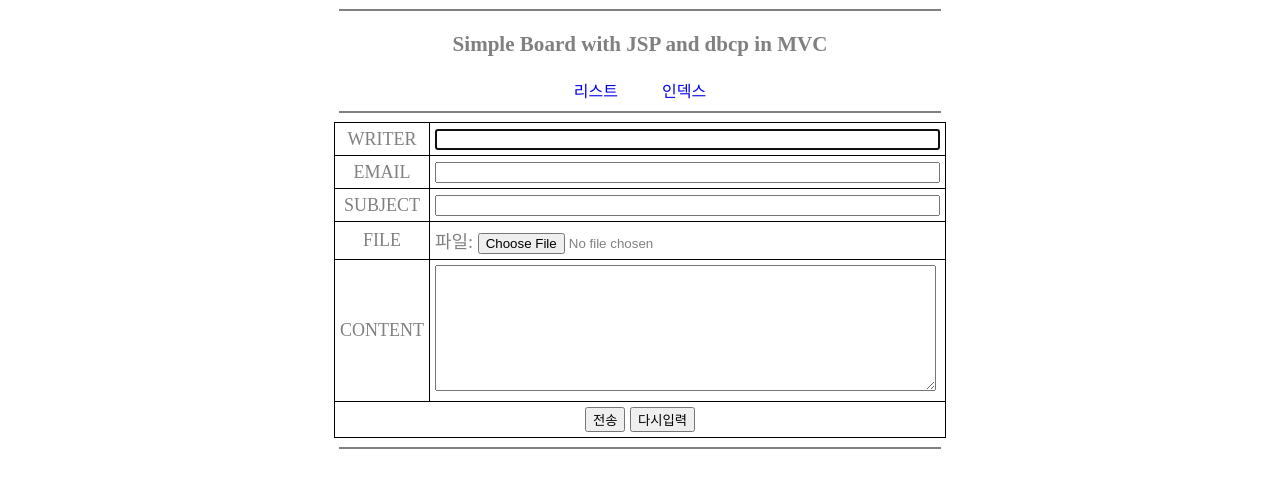
Repository: betweenhj702/Web-App-Server-Practices
Page: http://localhost/MvcPj/sm/write_jsp.jsp
These files come from the project's save history. The page is drawn as it stood at one moment and after the next save; the edit follows.
The browser window is 1280 px wide. The pictures show the whole page.
The page is served by Tomcat 9. Other server files are loaded and not shown.

Above is the page before, as saved 2021-01-06 13:01:49.

### workspace/MvcPj/WebContent/sm/write_jsp.jsp
<%@page contentType="text/html;charset=utf-8"%>
<!DOCTYPE html>
<html>
  <head>
    <meta charset="utf-8">
    <title>Simple Board with JSP and dbcp in MVC</title>
    <style>
		table, th, td {
		   border: 1px solid black;
		   border-collapse: collapse;
		}
		th, td {
		   padding: 5px;
		}
		a { text-decoration:none }
	</style>
	<script src="../js/check.js"></script>
	<script language="javascript">
	   function check()
	   {
	       for(var i=0; i<document.input.elements.length; i++)
		   {
		      var inputElem = document.input.elements[i]
			  if(inputElem.value == "")
			  {
			     alert("모든 값을 입력 하셔야 합니다. ");
				 return false;
			  }
		   }
			var writerval = input.writer.value;
			writerval = trim(writerval);
			pass = checkByteLen(writerval, 21);
			if(!pass){
				alert("이름 7자이하");
				input.writer.focus();
				return false;
			}
			var emailval = input.email.value;
			emailval = trim(emailval);
			pass = checkByteLen(emailval, 30);
			if(!pass){
				alert("이메일 10자이하");
				input.email.focus();
				return false;
			}
			var subjectval = input.subject.value;
			subjectval = trim(subjectval);
			pass = checkByteLen(subjectval, 30);
			if(!pass){
				alert("제목 10자이하");
				input.subject.focus();
				return false;
			}
			var contentval = input.content.value;
			contentval = trim(contentval);
			pass = checkByteLen(contentval, 600);
			if(!pass){
				alert("글 200자이하");
				input.writer.focus();
				return false;
			}
		   document.input.submit();
       }
	</script>
  </head>
  <body onload="input.writer.focus()">
	<font color="gray" size='4' face="휴먼편지체">
    <center>
	   <hr width="600" size='2' color="gray" noshade>
	      <h3> Simple Board with JSP and dbcp in MVC</h3>
		  	<font color="gray" size="3" face="휴먼편지체">
			<a href='sm.do'>리스트</a>
			&nbsp;&nbsp;&nbsp;&nbsp;&nbsp;&nbsp;&nbsp;&nbsp;&nbsp;
			<a href='../'>인덱스</a>
			</font>
	   <hr width="600" size="2" color="gray" noshade>
	</center>

	<form name="input" method="post" action="sm.do?m=insert">
	   <table border="0" width="600" align="center"  cellpadding="3" cellspacing="1" bordercolor="gray">
	      <tr>
		     <td width="30%" align="center">WRITER</td>
			 <td><input type="text" name="writer" size="60"></td>
		  </tr>
		  <tr>
		     <td align="center">EMAIL</td>
			 <td><input type="text" name="email" size="60"></td>
		  </tr>
          <tr>
		     <td align="center">SUBJECT</td>
			 <td><input type="text" name="subject" size="60"></td>
		  </tr>
		   <tr>
		     <td align="center">FILE</td>
			 <td> 파일: <input type="file" name="fname"></td>
		  </tr>
		  <tr>
		     <td align="center">CONTENT</td>
			 <td><textarea  name="content" style="width:98%" rows="8" cols="60"></textarea></td>
		  </tr>
		  <tr>
		     <td colspan="2" align="center">
			    <input type="button" value="전송" onclick="check()">
				<input type="reset" value="다시입력" onclick="input.writer.focus()">
			 </td>
		  </tr>
	   </table>
	   <hr width="600" size="2" color="gray" noshade>
	</form>
	</font>
  </body>
</html>

### workspace/MvcPj/WebContent/js/check.js
function trim(str){
	while(str && str.indexOf(" ") == 0)
		str = str.substring(1);
	while(str && str.lastIndexOf(" ") == str.length-1)
		str = str.substring(0, str.length-1);
	return str;
}
function checkByteLen(str, size){
	var byteLen = getByteLen(str);
	if(byteLen <= size){
		return true;
	}else{
		return false;
	}
}
function getByteLen(str){
	return str.replace(/[\0-\x7f]|([0-\u07ff]|(.))/g,"$&$1$2").length;
}

After the next save:
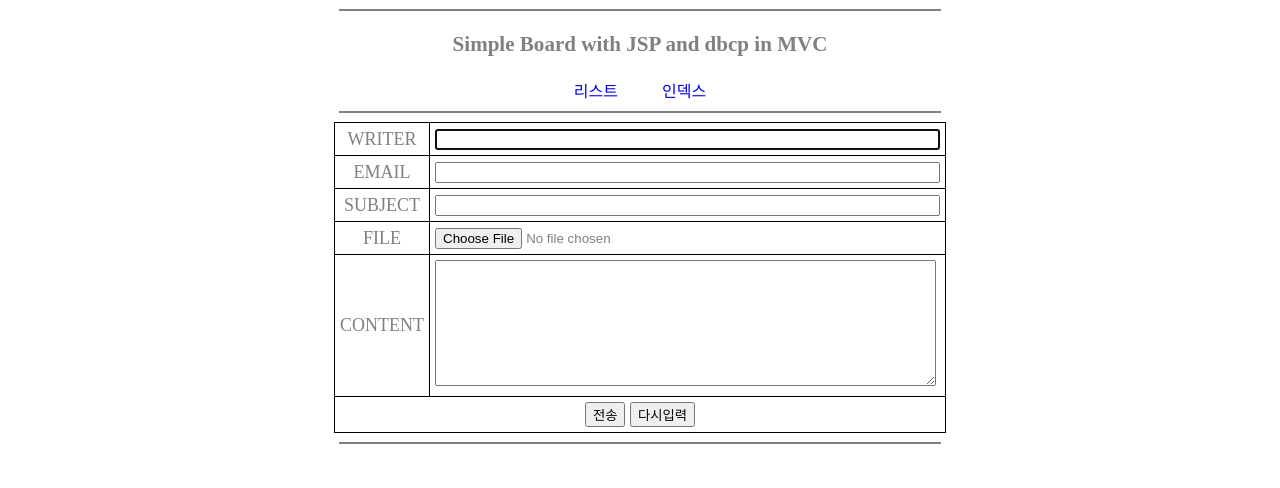
Saved 19 s later.
--- a/workspace/MvcPj/WebContent/sm/write_jsp.jsp
+++ b/workspace/MvcPj/WebContent/sm/write_jsp.jsp
@@ -92,7 +92,7 @@
 		  </tr>
 		   <tr>
 		     <td align="center">FILE</td>
-			 <td> 파일: <input type="file" name="fname"></td>
+			 <td> <input type="file" name="fname"></td>
 		  </tr>
 		  <tr>
 		     <td align="center">CONTENT</td>
